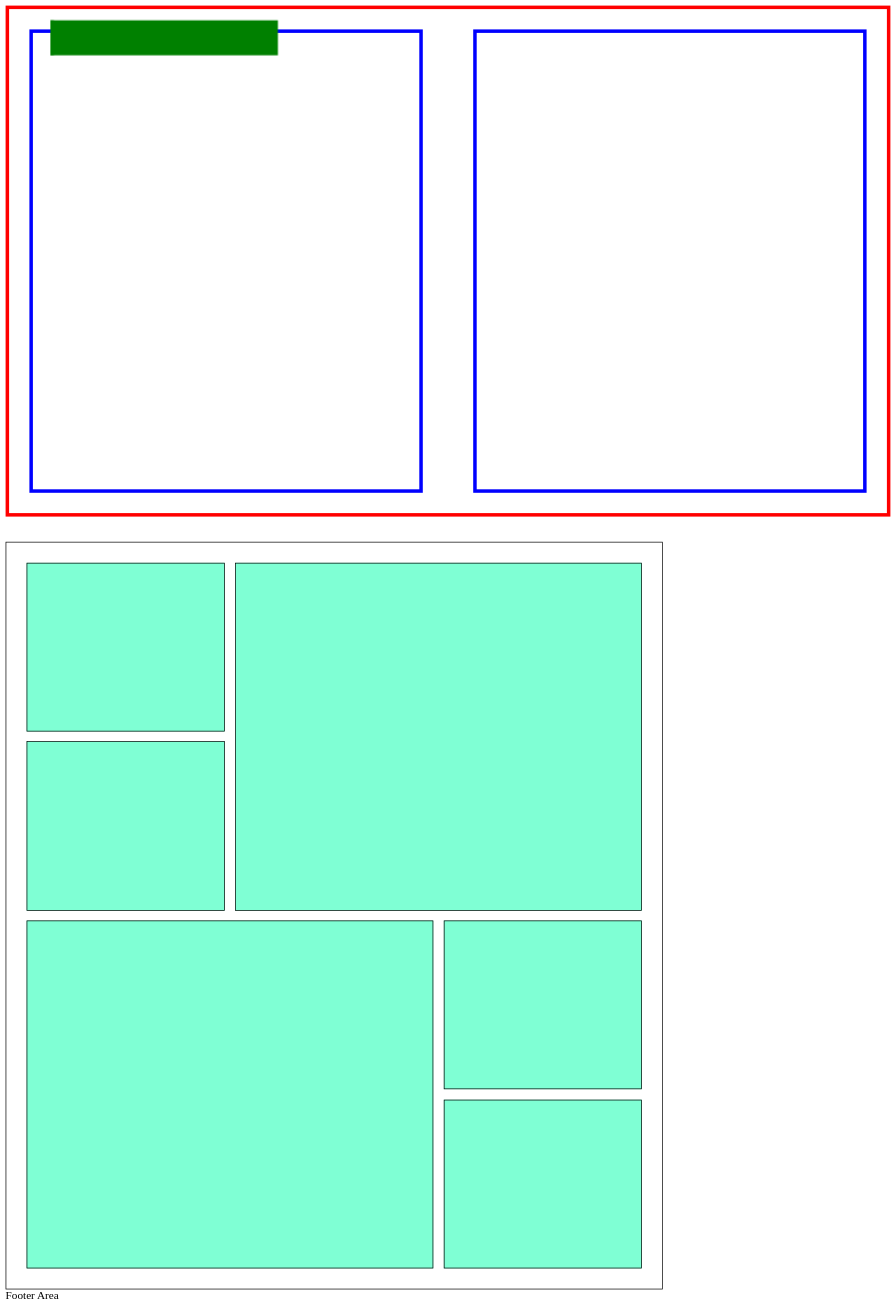
Repository: BwesewB/Brutalist-Website
Page: /
An editor plug-in stored every save of this project. The page is shown before and after the next save, followed by the edit.
The browser window is 1280 px wide. The pictures show the whole page, at 70% of full size.
The project was rebuilt for these pictures with package versions that can differ from the ones it lists, and the page was loaded fresh each time. The framework's server and built-in components were replaced by stand-ins that run in the browser. Also part of the build but not shown: next.config.mjs.

Above is the page before, as saved 2024-02-03 17:30:38.

After the next save:
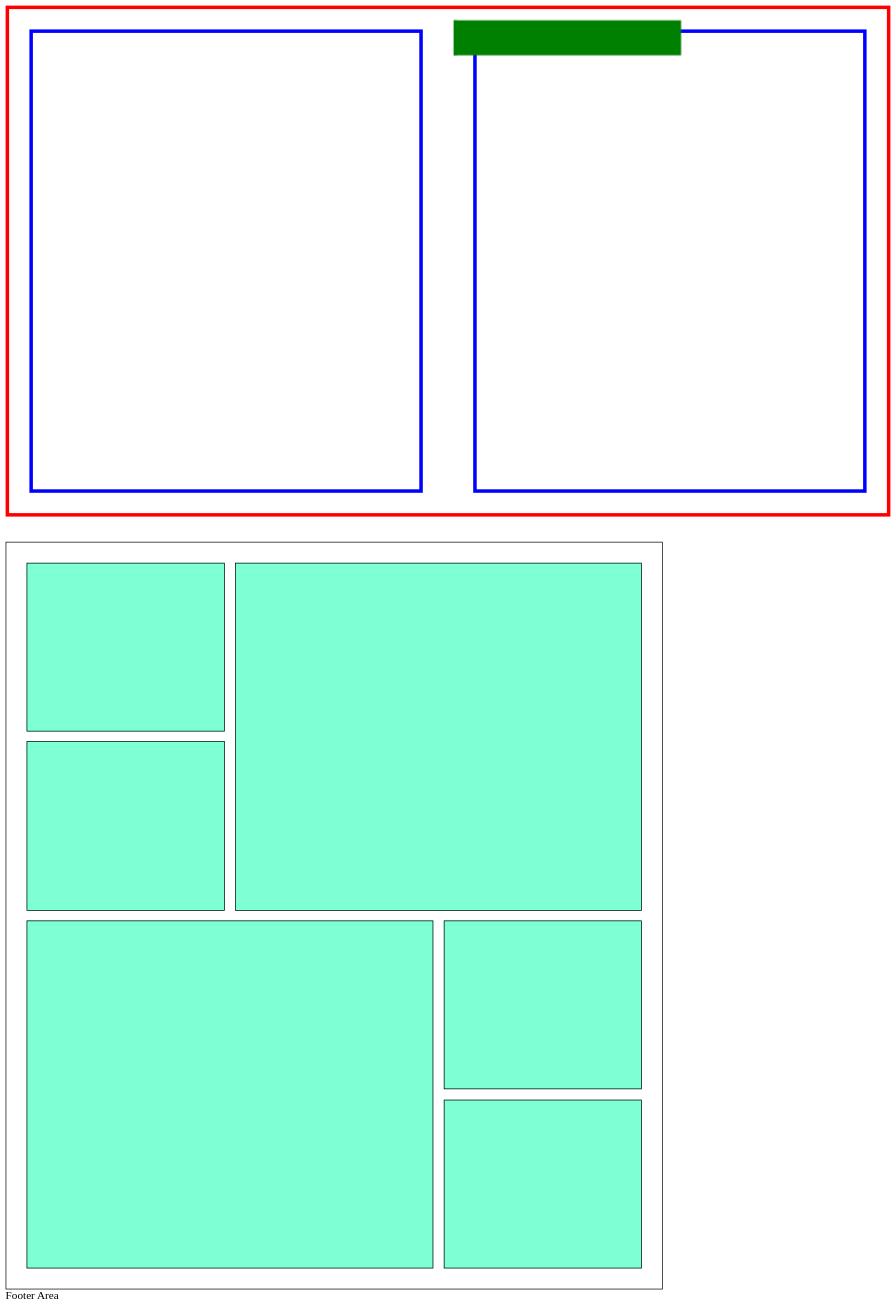
Saved 10 s later.
--- a/styles/Home.module.css
+++ b/styles/Home.module.css
@@ -49,7 +49,7 @@
   background-color: green;
   position: fixed;
   top: 4vh;
-  left: 10vh;
+  left: 90vh;
   width: 25%;
   height: 50px;
 }
